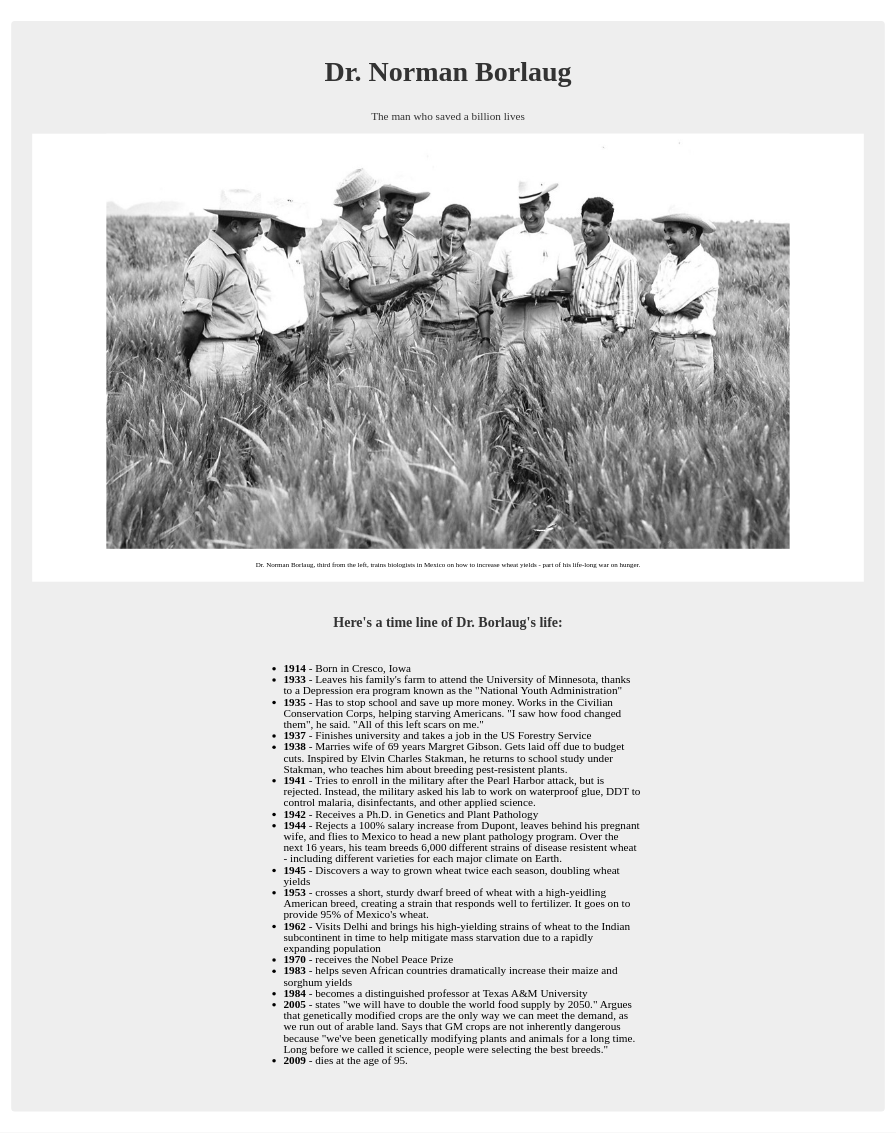
Repository: HTDuy01/github-demo
Page: freecodecamp/index.html
These files come from the project's save history. The page is drawn as it stood at one moment and after the next save; the edit follows.
The browser window is 1280 px wide. The pictures show the whole page, at 70% of full size.

Above is the page before, as saved 2021-11-18 20:55:53.

### freecodecamp/index.html
<!DOCTYPE html>
<html lang="en">
<head>
    <meta charset="UTF-8">
    <meta http-equiv="X-UA-Compatible" content="IE=edge">
    <meta name="viewport" content="width=device-width, initial-scale=1.0">
    <title>Document</title>
    <link rel="stylesheet" href="/assets/css/style.css">
    <link rel="stylesheet" href="/assets/css/base.css">
</head>
<body>
    <div class="main">
        <header id="title">
            <h1 class="heading">Dr. Norman Borlaug</h1>
            <p class="sub-heading">The man who saved a billion lives</p>
        </header>

        <div id="img-div">
            <img src="/assets/img/tribute-page-main-image.jpg" alt="" class="img">
            <p class="content-img">Dr. Norman Borlaug, third from the left, trains biologists in Mexico on how to increase wheat yields - part of his life-long war on hunger.</p>
        </div>

        <div class="content">
            <h3 class="content-heading">Here's a time line of Dr. Borlaug's life:</h3>
            <ul class="content-list">
                <li class="content-item">
                    <strong>1914</strong>
                     - Born in Cresco, Iowa
                </li>
                <li class="content-item">
                    <strong>1933</strong>
                      - Leaves his family's farm to attend the University of Minnesota, thanks to a Depression era program known as the "National Youth Administration"
                </li>
                <li class="content-item">
                    <strong>1935</strong>
                     - Has to stop school and save up more money. Works in the Civilian Conservation Corps, helping starving Americans. "I saw how food changed them", he said. "All of this left scars on me."
                </li>
                <li class="content-item">
                    <strong>1937</strong>
                     - Finishes university and takes a job in the US Forestry Service
                </li>
                <li class="content-item">
                    <strong>1938</strong>
                     - Marries wife of 69 years Margret Gibson. Gets laid off due to budget cuts. Inspired by Elvin Charles Stakman, he returns to school study under Stakman, who teaches him about breeding pest-resistent plants.
                </li>
                <li class="content-item">
                    <strong>1941</strong>
                      - Tries to enroll in the military after the Pearl Harbor attack, but is rejected. Instead, the military asked his lab to work on waterproof glue, DDT to control malaria, disinfectants, and other applied science.
                </li>
                <li class="content-item">
                    <strong>1942</strong>
                       - Receives a Ph.D. in Genetics and Plant Pathology
                </li>
                <li class="content-item">
                    <strong>1944</strong>
                    - Rejects a 100% salary increase from Dupont, leaves behind his pregnant wife, and flies to Mexico to head a new plant pathology program. Over the next 16 years, his team breeds 6,000 different strains of disease resistent wheat - including different varieties for each major climate on Earth.
                </li>
                <li class="content-item">
                    <strong>1945</strong>
                     - Discovers a way to grown wheat twice each season, doubling wheat yields
                </li>
                <li class="content-item">
                    <strong>1953</strong>
                      - crosses a short, sturdy dwarf breed of wheat with a high-yeidling American breed, creating a strain that responds well to fertilizer. It goes on to provide 95% of Mexico's wheat.
                </li>
                <li class="content-item">
                    <strong>1962</strong>
                     - Visits Delhi and brings his high-yielding strains of wheat to the Indian subcontinent in time to help mitigate mass starvation due to a rapidly expanding population
                </li>
                <li class="content-item">
                    <strong>1970</strong>
                     - receives the Nobel Peace Prize
                </li>
                <li class="content-item">
                    <strong>1983</strong>
                      - helps seven African countries dramatically increase their maize and sorghum yields
                </li>
                <li class="content-item">
                    <strong>1984</strong>
                     - becomes a distinguished professor at Texas A&M University
                </li>
                <li class="content-item">
                    <strong>2005</strong>
                     - states "we will have to double the world food supply by 2050." Argues that genetically modified crops are the only way we can meet the demand, as we run out of arable land. Says that GM crops are not inherently dangerous because "we've been genetically modifying plants and animals for a long time. Long before we called it science, people were selecting the best breeds."
                </li>
                <li class="content-item">
                    <strong>2009</strong>
                      - dies at the age of 95.
                </li>
            </ul>
        </div>

        <footer class="footer">

        </footer>
    </div>
</body>
</html>

### freecodecamp/assets/css/style.css
.main {
    background-color: #eee;
    margin: 30px 8px;
    padding: 15px;
    border-radius: 5px;
}

/* header */
#title {
    text-align: center;
}

.heading {
    color: var(--color-header);
    font-size: 4rem;
    font-weight: 700;
    margin-top: 27px;
    line-height: 60px;
}

.sub-heading {
    font-size: 1.6rem;
    color: var(--color-header);
    font-weight: 300;
}

/* Bener */
#img-div {
    height: 640px;
    background-color: #fff;
    margin: 0 15px;
    text-align: center;
}

.img {
    width: 976px;
    height: 593px;
}

.sub-img {
    font-size: 1.6rem;
    color: var(--color-header);
    font-weight: 400;
}

.content-heading {
    font-size: 2rem;
    color: var(--color-header);
    font-weight: 600;
    text-align: center;
    margin: 50px 0;
}

.content-list {
    max-width: 550px;
    text-align: left;
    margin: 0 auto 50px auto;
    line-height: 1.6rem;
}

.content-item {
    font-size: 1.6rem;
}

### freecodecamp/assets/css/base.css

* {
    box-sizing: inherit;
}

html {
    font-size: 62.5%;
    line-height: 1.6rem;
    /* font-family: -apple-system, BlinkMacSystemFont, 'Segoe UI', 'Roboto', 'Helvetica Neue', Arial, sans-serif; */
    box-sizing: border-box;
}

:root {
    --color-header:#333;
}

After the next save:
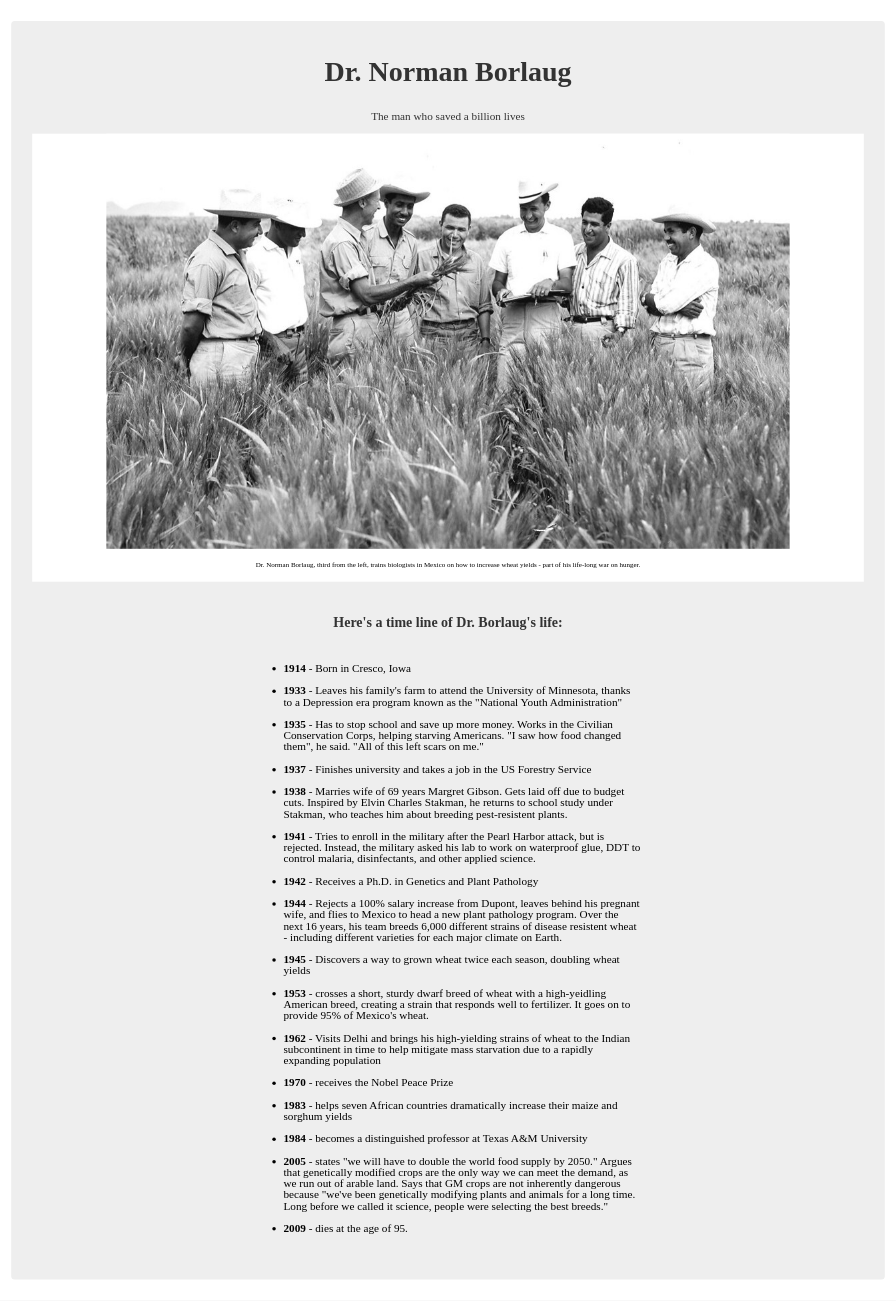
Saved 18 s later.
--- a/freecodecamp/assets/css/style.css
+++ b/freecodecamp/assets/css/style.css
@@ -60,4 +60,5 @@
 
 .content-item {
     font-size: 1.6rem;
+    margin: 16px 0;
 }
